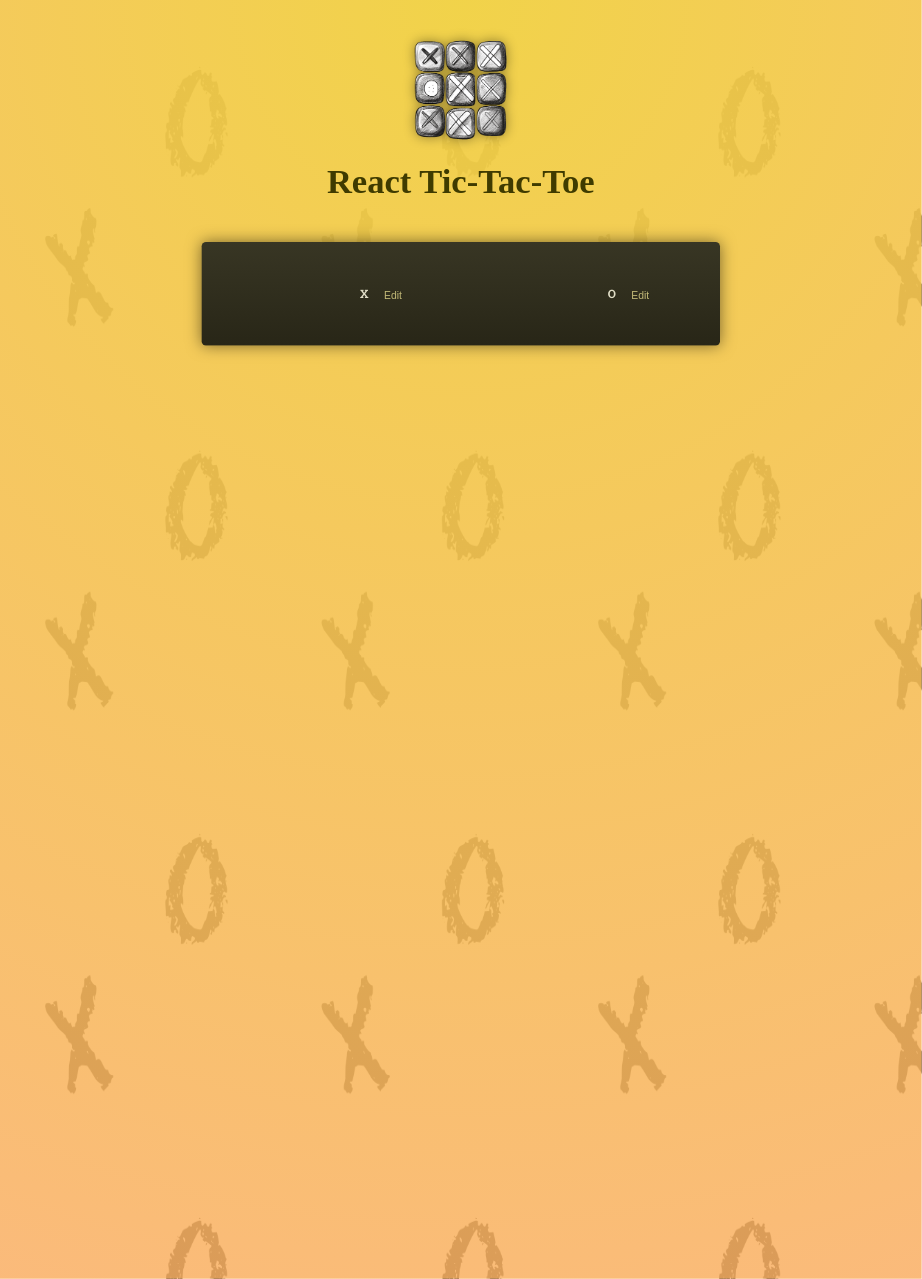
Repository: ooluchi/tic-tac-toe-rprac
Page: /
The author's editor kept a copy of each file at every save. The page is drawn from the files as they stood at one save, then again after a run of saves.
The browser window is 1280 px wide. The pictures show the whole page, at 72% of full size.
Some web fonts or font styles are not loaded; a fallback is used. The project was rebuilt for these pictures with package versions that can differ from the ones it lists, and the page was loaded fresh each time. Also part of the build but not shown: vite.config.js.

Above is the page before, as saved 2024-10-22 08:32:20.

### index.html
<!DOCTYPE html>
<html lang="en">
  <head>
    <meta charset="UTF-8" />
    <link rel="icon" type="image/svg+xml" href="/game-logo.png" />
    <meta name="viewport" content="width=device-width, initial-scale=1.0" />
    <title>React Tic-Tac-Toe</title>
  </head>
  <body>
    <header>
      <img src="game-logo.png" />
    <h1>React Tic-Tac-Toe</h1>
    </header>
    <div id="root"></div>
    <script type="module" src="/src/index.jsx"></script>
  </body>
</html>

### src/App.jsx
import Player from "./components/Player"
function App() {


  return (
   <main>
    <div id="game-container">
      <ol id="players">
        <Player name ="Player 1" symbol="X" />
        <Player name ="Player 2" symbol="O" />

      </ol>
    </div>

    </main>
  )
}

export default App

### src/components/Player.jsx

import { useState } from "react"

export default function Player({intialName, symbol}){
    const [] = useState(intialName);
    const [isEditing, setIsEditing] = useState(false);

    function handleEditClick () {
        setIsEditing ( (editing) => !editing);
    }

    let playerName = <span className="player-name">{intialName}</span>
    // let btnCaption ='Edit';

    if (isEditing) {
        playerName =<input type="text" required />
        // btnCaption ='Save';
    }

    return (
            <li>
          <span className="player">
          {playerName}
          <span className="player-symbol">{symbol}</span>
          </span>
          <button onClick= {handleEditClick}>{isEditing ? 'Save': 'Edit'}</button>
        </li>
    )
}

Loaded but not shown: src/index.jsx (common file); src/index.css (common file)

After the next 2 saves:
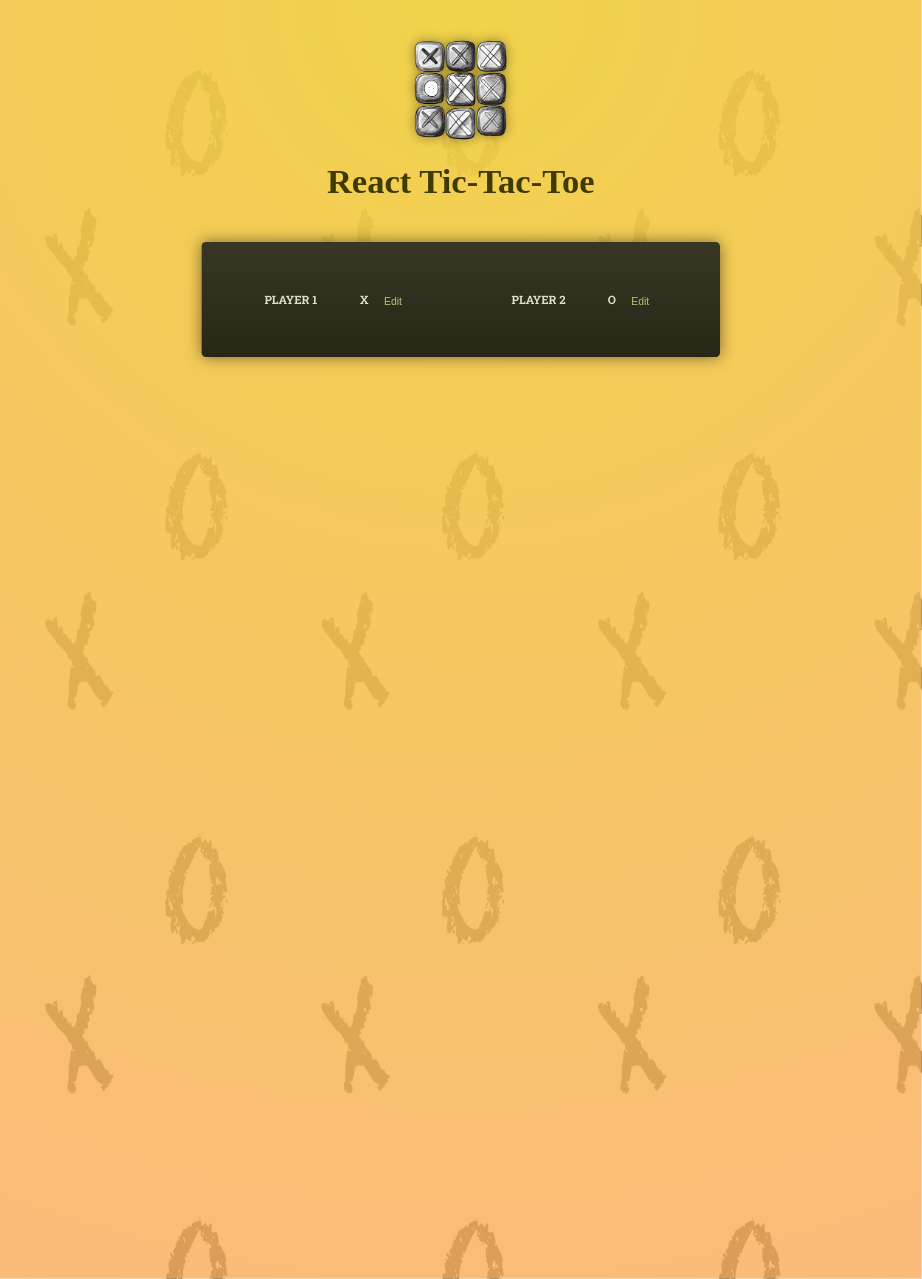
The 2 saves are shown as one change because they came seconds apart.
The last was saved 14 s later.
--- a/src/App.jsx
+++ b/src/App.jsx
@@ -6,8 +6,8 @@
    <main>
     <div id="game-container">
       <ol id="players">
-        <Player name ="Player 1" symbol="X" />
-        <Player name ="Player 2" symbol="O" />
+        <Player intialName ="Player 1" symbol="X" />
+        <Player intialName ="Player 2" symbol="O" />
 
       </ol>
     </div>
